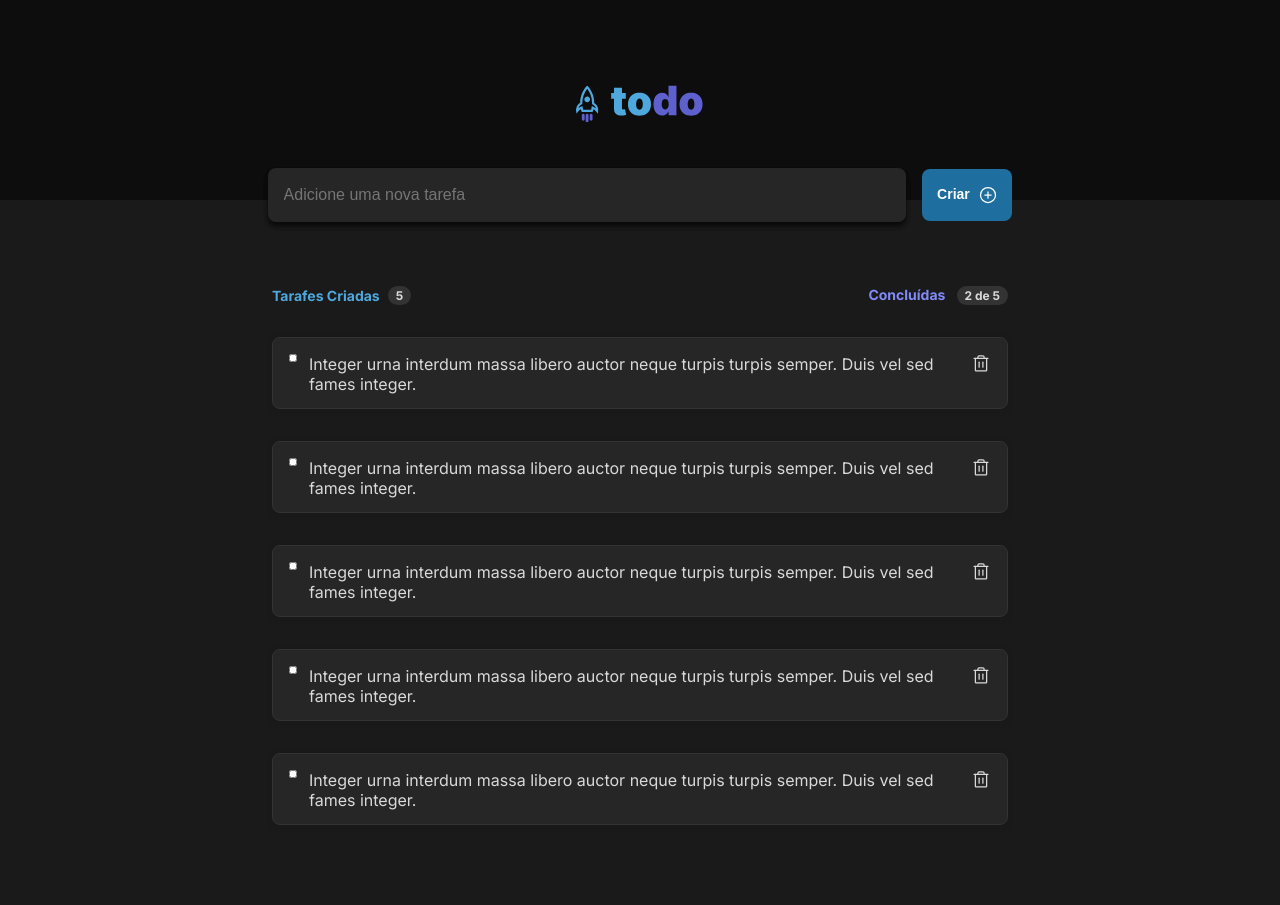
Repository: guilhermecardoso93/todolistreact
Page: /
The author's editor kept a copy of each file at every save. The page is drawn from the files as they stood at one save, then again after a run of saves.
The browser window is 1280 px wide. The pictures show the whole page.
The project was rebuilt for these pictures with package versions that can differ from the ones it lists, and the page was loaded fresh each time. Also part of the build but not shown: vite.config.ts.

Above is the page before, as saved 2022-07-02 20:40:44.

### index.html
<!DOCTYPE html>
<html lang="en">
  <head>
    <meta charset="UTF-8" />
    <link rel="icon" type="image/svg+xml" href="/src/favicon.svg" />
    <link rel="preconnect" href="https://fonts.googleapis.com" />
    <link rel="preconnect" href="https://fonts.gstatic.com" crossorigin />
    <meta name="viewport" content="width=device-width, initial-scale=1.0" />
    <link
      href="https://fonts.googleapis.com/css2?family=Inter:wght@400;500;600;700&display=swap"
      rel="stylesheet"
    />
    <title>to do list</title>
  </head>
  <body>
    <div id="root"></div>
    <script type="module" src="/src/main.tsx"></script>
  </body>
</html>

### src/App.tsx
import "./global.css";
import { Header } from "./Header";
import { Tasks } from "./Tasks";

function App() {
  return (
    <>
      <Header />
      <div>
        <Tasks/>
      </div>
    </>
  );
}

export default App;

### src/global.css
:root {
  --white: #fff;

  --gray-100: #f2f2f2;
  --gray-100: #d9d9d9;
  --gray-300: #808080;
  --gray-400: #333333;
  --gray-500: #262626;
  --gray-600: #1a1a1a;
  --gray-700: #0d0d0d;

  --danger: #e25858;

  --purple: #828afa;
  --purple-dark: #5e60ce;

  --blue: #4ea8de;
  --blue-dark: #1e6f9f;
}

* {
  margin: 0;
  padding: 0;
  box-sizing: border-box;
}

body {
  -webkit-font-smoothing: antialiased;
  font-family: 'Inter', sans-serif;
  background: var(--gray-600);
}

### src/Header.tsx
import  Logo  from "./assets/logo.svg";

import styles from "./Header.module.css";

export function Header() {
  return (
    <header className={styles.header}>
      <img src={Logo} alt='logo' className={styles.logo}/>
    </header>
  );
}

### src/Tasks.tsx
import { Trash } from "phosphor-react";
import { TaskBar } from "./TasksBar";
import { TaskList } from "./TasksList";

import styles from "./Tasks.module.css";

export function Tasks() {
  return (
    <div className={styles.content}>
      <TaskBar />
      <div>
        <div className={styles.titles}>
          <div className={styles.titlesMake}>
            <p className={styles.titlesMakeTitle}>Tarafes Criadas</p>
            <p className={styles.titlesMakeTitleNumber}> 5 </p>
          </div>
          <div className={styles.titles}>
            <p className={styles.titlesDoneTitle}>Concluídas</p>
            <p className={styles.titlesDoneTitleNumber}> 2 de 5 </p>
          </div>
        </div>
        <TaskList />
        <TaskList />
        <TaskList />
        <TaskList />
        <TaskList />
      </div>
    </div>
  );
}

### src/Header.module.css
.header {
  height: 12.5rem;
  background: var(--gray-700);
  display: flex;
  justify-content: center;
  align-items: center;
}

.logo {
  height: 4rem;
  width: 8rem;
}

### src/TasksBar.tsx
import { PlusCircle } from "phosphor-react";

import styles from "./TasksBar.module.css";

export function TaskBar() {
  return (
    <div className={styles.container}>
      <input type="text" placeholder="Adicione uma nova tarefa" />
      <button>
        {" "}
        Criar <PlusCircle size={20} />{" "}
      </button>
    </div>
  );
}

### src/TasksList.tsx
import { Trash } from "phosphor-react";

import styles from "./TasksList.module.css";

export function TaskList() {
  return (
    <div>
      <div className={styles.tasksList}>
        <div className={styles.tasksListItem}>
          <div>
            <input type="checkbox" name="a" className={styles.tasksListCheck} />
          </div>
          <div>
            <p>
              Integer urna interdum massa libero auctor neque turpis turpis
              semper. Duis vel sed fames integer.{" "}
            </p>
          </div>
          <div>
            <button className={styles.delete}>
              <Trash size={20} />{" "}
            </button>
          </div>
        </div>
      </div>
    </div>
  );
}

### src/Tasks.module.css
.content {
  display: flex;
  flex-direction: column;
  align-items: center;
  justify-content: space-between;
  margin: auto;
  margin-bottom: 5rem;

  width: 736px;
  gap: 4rem;
}

.titles {
  display: flex;
  align-itens: center;
  justify-content: space-between;
  gap: 0.7rem;
}

.titlesMake,
.titleDone {
  display: flex;
  flex-direction: row;
  justify-content: center;
  align-items: center;
  gap: 0.5rem;
}
.titlesMakeTitle {
  color: var(--blue);
  font-weight: bold;
  font-weight: 700;
  font-size: 14px;
  line-height: 17px;
}

.titlesDoneTitle {
  color: var(--purple);
  font-weight: bold;
  font-weight: 700;
  font-size: 14px;
  line-height: 17px;
}

.titlesMakeTitleNumber,
.titlesDoneTitleNumber {
  display: flex;
  flex-direction: column;
  justify-content: center;
  align-items: center;

  width: auto;
  padding: 2px 8px;
  height: 19px;

  background: var(--gray-400);
  color: var(--gray-100);
  border-radius: 999px;

  font-style: normal;
  font-weight: 700;
  font-size: 12px;
  line-height: 15px;
}

### src/TasksBar.module.css
.container {
  display: flex;
  align-items: center;
  justify-content: center;
  margin-top: -2rem;
  gap: 1rem;
}

.container input {
  background-color: var(--gray-500);
  color: var(--gray-300);
  width: 39.93rem;
  padding: 1rem;

  font-style: normal;
  font-weight: 400;
  font-size: 1rem;
  line-height: 140%;

  border: 1px solid var(--grey-700);
  box-shadow: 0px 4px 4px rgba(0, 0, 0, 0.25), 0px 4px 4px rgba(0, 0, 0, 0.25),
    0px 4px 4px rgba(0, 0, 0, 0.25);
  border-radius: 8px;
}

.container input:focus {
  color: var(--gray-100);
}

.container button {
  background: var(--blue-dark);
  color: var(--white);
  gap: 0.5rem;
  display: flex;
  align-items: center;
  justify-content: center;
  border-radius: 8px;
  height: 3.25rem;
  width: 5.62rem;
  border: none;

  font-style: normal;
  font-weight: 700;
  font-size: 14px;
  line-height: 140%;
  cursor: pointer;

  transition: 0.2s;
}

.container button:hover {
  background: var(--blue);
}

### src/TasksList.module.css
.tasksList {
  display: flex;
  flex-direction: column;
  gap: 1rem;

  margin-top: 2rem;
}

.tasksListItem {
  display: flex;
  flex-direction: row;
  align-items: flex-start;
  padding: 16px;
  gap: 12px;

  border: 1px solid #333333;
  box-shadow: 0px 2px 8px rgba(0, 0, 0, 0.06);
  border-radius: 8px;
  background: var(--gray-500);
  color: var(--gray-100);

  width: 736px;
  height: 72px;
}

.tasksListCheck {
  display: block;
  top: 9px;
  left: 9px;
  width: 8px;
  height: 8px;
  border-radius: 50%;
  background: white;
}

.delete {
  background: none;
  border: none;
  color: var(--gray-100);
  cursor: pointer;

  transition: 0.2s;
}

.delete:hover {
  color: var(--danger);
}

Loaded but not shown: src/main.tsx (common file)

After the next 2 saves:
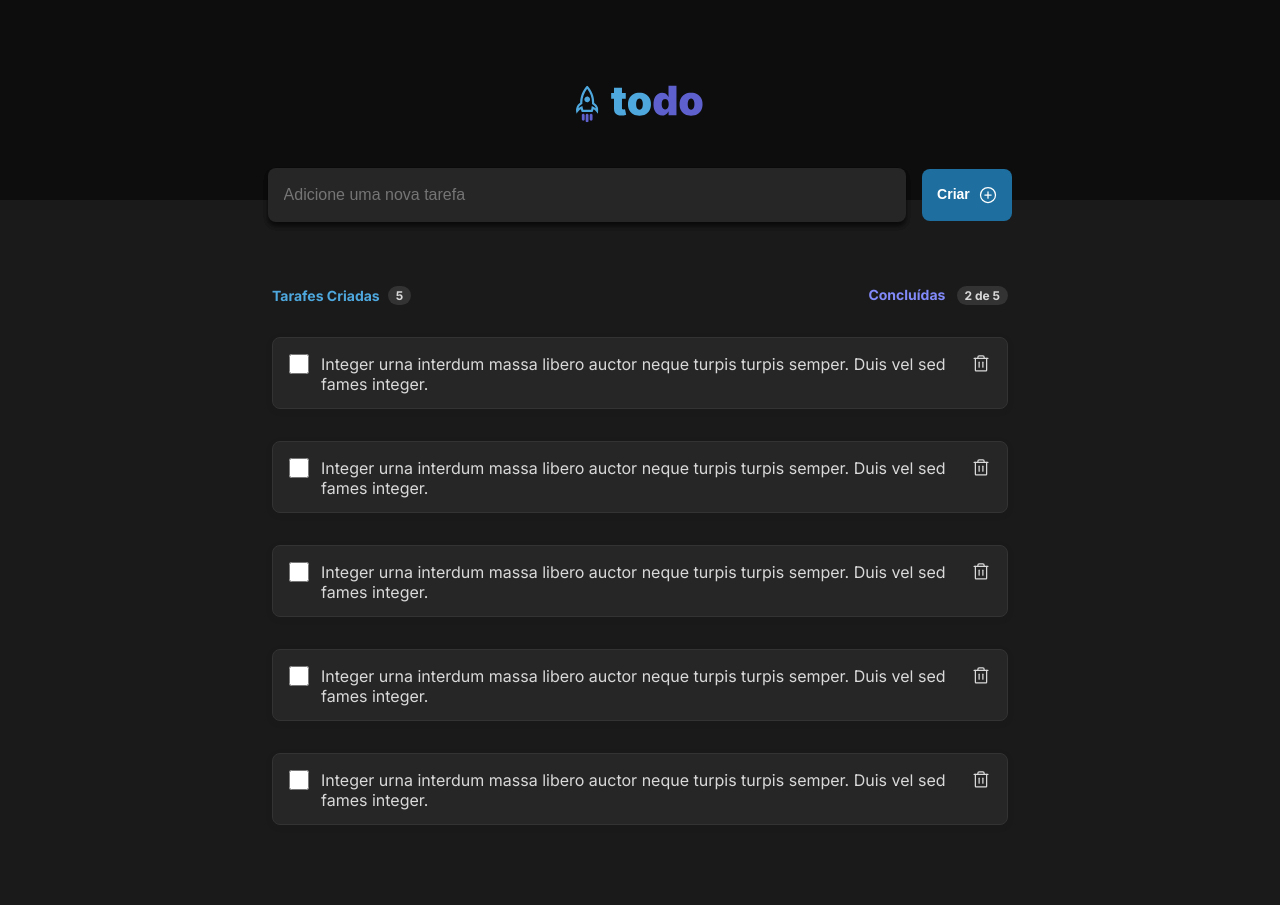
The 2 saves are shown as one change because they came seconds apart.
The last was saved 13 s later.
--- a/src/TasksList.module.css
+++ b/src/TasksList.module.css
@@ -27,8 +27,8 @@
   display: block;
   top: 9px;
   left: 9px;
-  width: 8px;
-  height: 8px;
+  width: 20px;
+  height: 20px;
   border-radius: 50%;
   background: white;
 }
